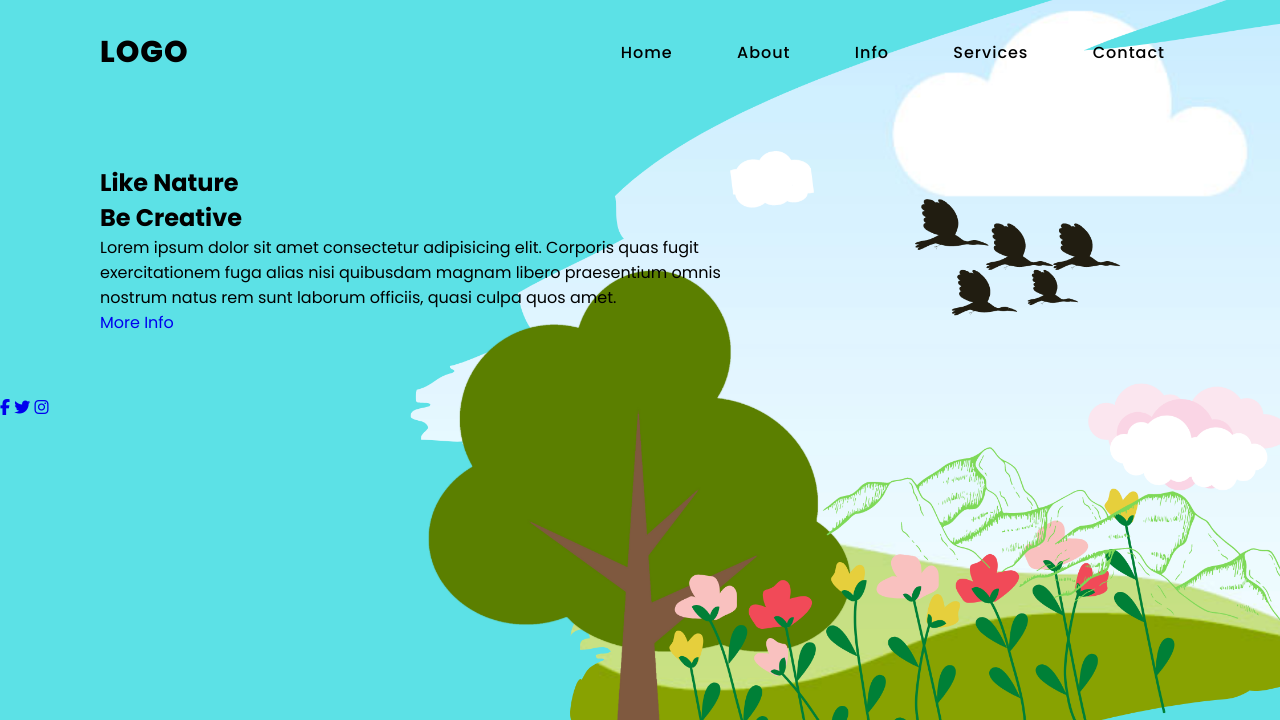
Repository: nganha241/CreativeNature
Page: index.html
An editor plug-in stored every save of this project. The page is shown before and after the next save, followed by the edit.
The browser window is 1280 px wide. The pictures show the whole page.
Some web libraries are served in a nearby version.

Above is the page before, as saved 2022-06-18 08:50:21.

After the next save:
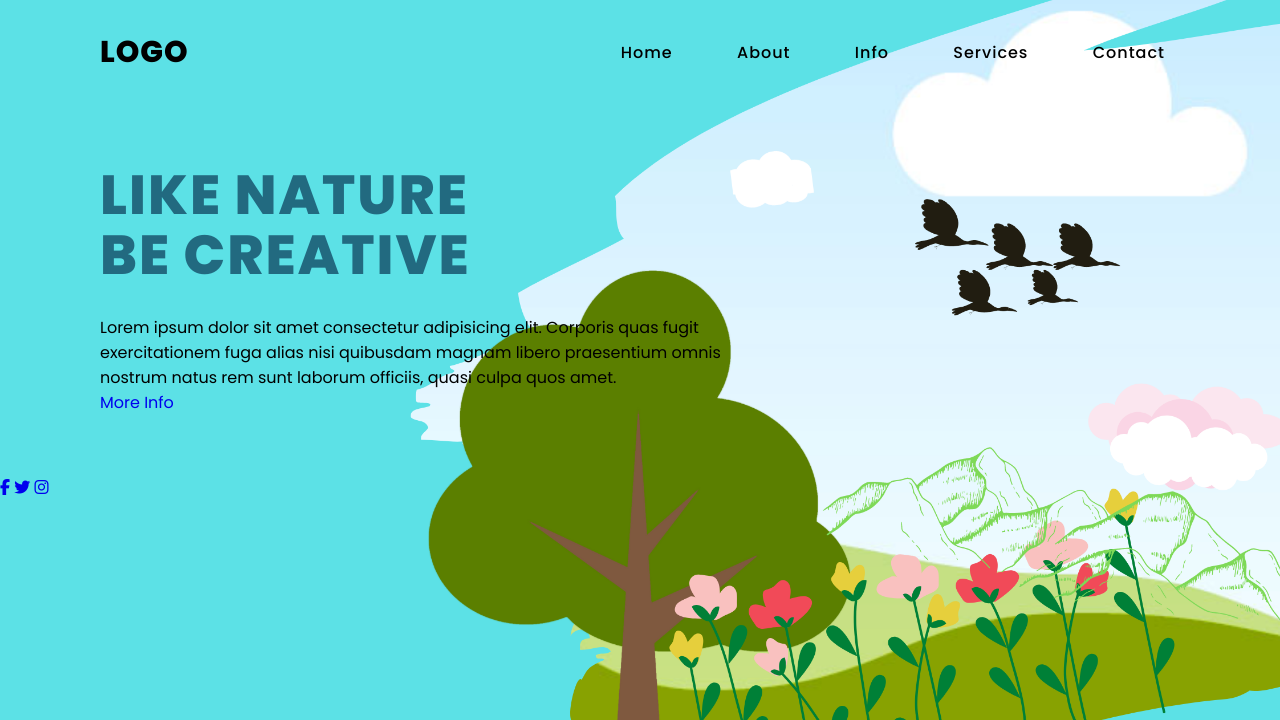
Saved 83 s later.
--- a/style.css
+++ b/style.css
@@ -67,5 +67,11 @@ header .navigation a:hover {
 }
 
 .content .info h2 {
-
+    color: #226a80;
+    font-size: 55px;
+    text-transform: uppercase;
+    font-weight: 800;
+    letter-spacing: 2px;
+    line-height: 60px;
+    margin-bottom: 30px;
 }
